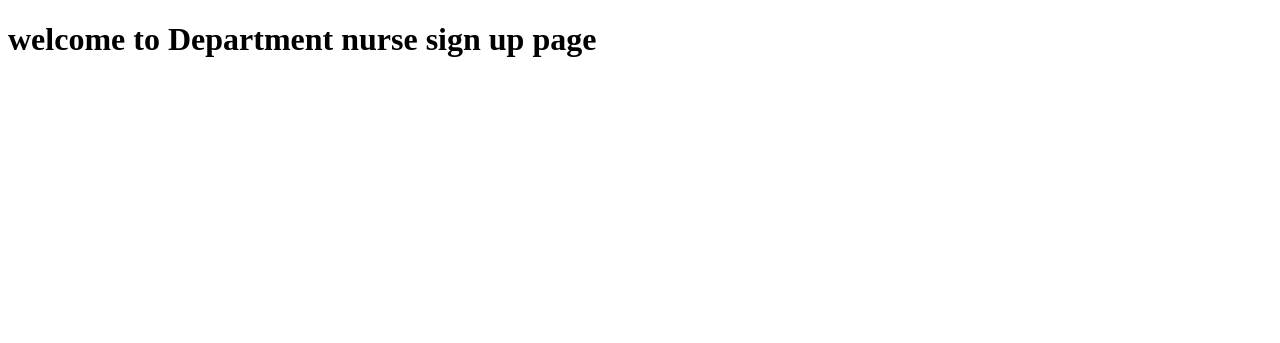
Repository: OmarAl-Saleh/Hospital-Emergency-System
Page: http://localhost/EmergencySystem/department_nurse/sign-up.jsp
The author's editor kept a copy of each file at every save. The page is drawn from the files as they stood at one save, then again after the next save.
The browser window is 1280 px wide. The pictures show the whole page.
The page is served by Tomcat 9.

Above is the page before, as saved 2024-05-22 13:10:03.

After the next save:
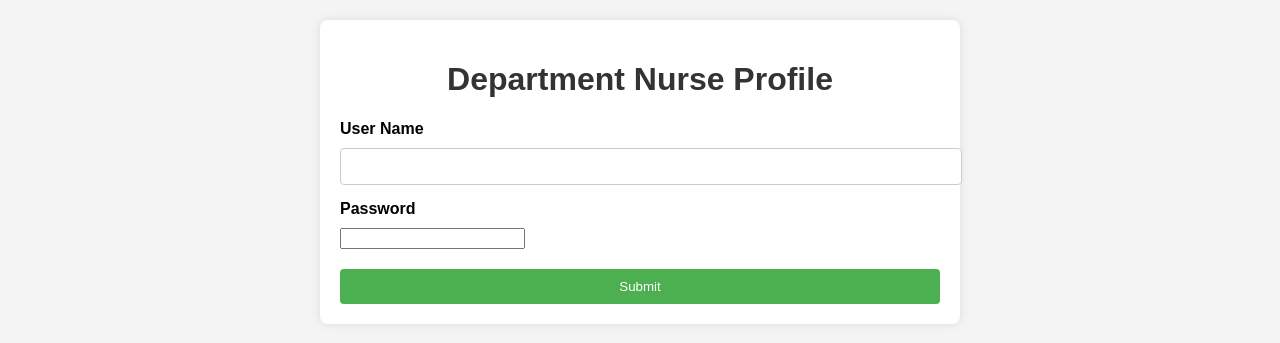
Saved 4 min 57 s later.
--- a/EmergencySystem/EmergencySystem/src/main/webapp/department_nurse/sign-up.jsp
+++ b/EmergencySystem/EmergencySystem/src/main/webapp/department_nurse/sign-up.jsp
@@ -1,12 +1,101 @@
-<%@ page language="java" contentType="text/html; charset=ISO-8859-1"
-    pageEncoding="ISO-8859-1"%>
 <!DOCTYPE html>
 <html>
 <head>
-<meta charset="ISO-8859-1">
-<title>Department nurse sign up page</title>
+    <meta charset="ISO-8859-1">
+    <title>Patient Profile Form</title>
+    <style>
+        body {
+            font-family: Arial, sans-serif;
+            background-color: #f4f4f4;
+            margin: 0;
+            padding: 20px;
+        }
+
+        form {
+            background-color: white;
+            padding: 20px;
+            border-radius: 8px;
+            box-shadow: 0 0 10px rgba(0, 0, 0, 0.1);
+            max-width: 600px;
+            margin: auto;
+        }
+
+        h1 {
+            text-align: center;
+            color: #333;
+        }
+
+        label {
+            display: block;
+            margin-bottom: 10px;
+            font-weight: bold;
+        }
+
+        input[type="text"], input[type="date"], input[type="email"], input[type="tel"], textarea {
+            width: 100%;
+            padding: 10px;
+            margin-bottom: 15px;
+            border: 1px solid #ccc;
+            border-radius: 4px;
+        }
+
+        textarea {
+            height: 100px;
+        }
+
+        input[type="submit"] {
+            background-color: #4CAF50;
+            color: white;
+            border: none;
+            padding: 10px 20px;
+            cursor: pointer;
+            border-radius: 4px;
+            width: 100%;
+            margin-top: 20px;
+        }
+
+        input[type="submit"]:hover {
+            background-color: #45a049;
+        }
+
+        .add-button {
+            background-color: #008CBA;
+            color: white;
+            border: none;
+            padding: 10px 20px;
+            cursor: pointer;
+            border-radius: 4px;
+            margin-bottom: 15px;
+        }
+
+        .add-button:hover {
+            background-color: #007bb5;
+        }
+    </style>
+    <script>
+        function addField(containerId, fieldName) {
+            const container = document.getElementById(containerId);
+            const textarea = document.createElement('textarea');
+            textarea.name = fieldName + '[]';
+            textarea.required = true;
+            container.appendChild(textarea);
+        }
+    </script>
 </head>
 <body>
-<h1>welcome to Department nurse sign up page</h1>
+    <form action="department_nurse" method="post">
+        <h1>Department Nurse Profile</h1>
+
+        <input type="hidden" name="source" value="sign-up"/>
+        <div class="form-group">
+        <label for="name">User Name</label>
+        <input type="text" id="name" name="name" required/>
+    	</div>
+    	<div class="form-group">
+        <label for="password">Password</label>
+        <input type="password" id="password" name="password" required/>
+   		 </div>
+    		<input type="submit" value="Submit"/>
+    </form>
 </body>
 </html>
